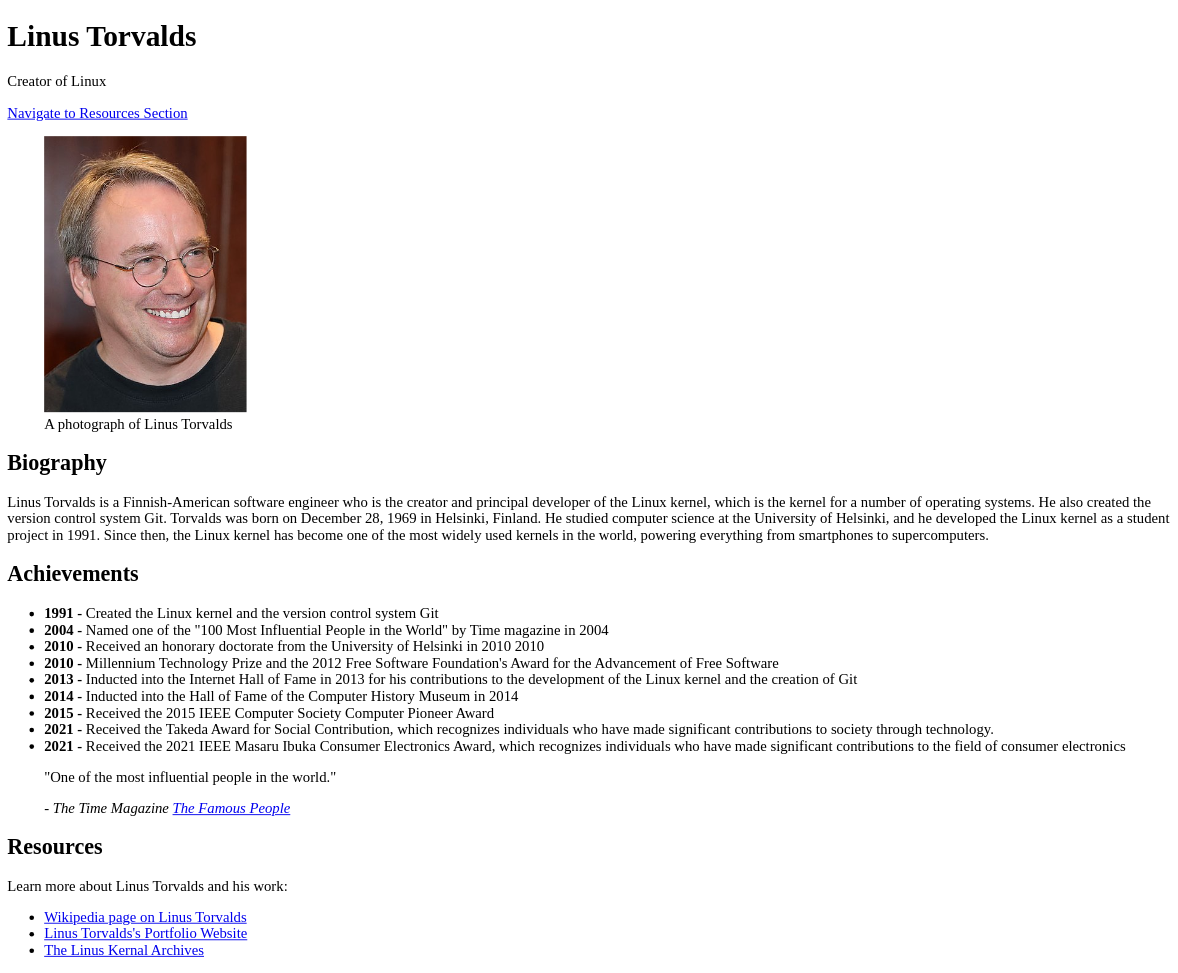
Repository: shoaib-1729/Web-Dev-Course_Dot-Batch_Love-Babbar
Page: 02_HTML Session Basics-to-Pro Level/03_HTML-Basics-Session-III/03_Code-Practice-Session-3/02_linusTorvaldsPortfolio.html
An editor plug-in stored every save of this project. The page is shown before and after the next save, followed by the edit.
The browser window is 1280 px wide. The pictures show the whole page, at 92% of full size.

Above is the page before, as saved 2023-07-30 14:24:31.

### 02_HTML Session Basics-to-Pro Level/03_HTML-Basics-Session-III/03_Code-Practice-Session-3/02_linusTorvaldsPortfolio.html
<!DOCTYPE html>
<html lang="en">

<head>
    <meta charset="UTF-8">
    <meta name="viewport" content="width=device-width, initial-scale=1.0">
    <title>Favicon - Linus Torvalds Portfolio Page</title>

    <!-- Adding Favicon  -->
    <link rel="icon" href="./images/Linus-Torvalds.jpeg">
</head>

<style>
    html {
        scroll-behavior: smooth;
    }
</style>

<body>
    <!-- Intro Image Section -->
    <h1>Linus Torvalds</h1>
    <p>Creator of Linux</p>
    <a href="#resources-section">Navigate to Resources Section</a>

    <!-- Tag for providing image with Caption (refer MDN)-->
    <figure>

        <img src="images/Linus-Torvalds.jpeg" alt="Linus-Torvalds-Image" height="300px">
        <figcaption>A photograph of Linus Torvalds</figcaption>

    </figure>


    <section id="biography-section">
        <!-- Biography Section -->
        <h2>Biography</h2>
        <p>Linus Torvalds is a Finnish-American software engineer who is the creator and principal developer of the Linux kernel, which is the kernel for a number of operating systems. He also created the version control system Git. Torvalds was born on
            December 28, 1969 in Helsinki, Finland. He studied computer science at the University of Helsinki, and he developed the Linux kernel as a student project in 1991. Since then, the Linux kernel has become one of the most widely used kernels
            in the world, powering everything from smartphones to supercomputers.
        </p>
    </section>

    <section>
        <!-- Achievements Section -->
        <h2>Achievements</h2>
        <ul>
            <li>
                <b>1991 - </b>Created the Linux kernel and the version control system Git
            </li>

            <li>
                <b>2004 - </b>Named one of the "100 Most Influential People in the World" by Time magazine in 2004
            </li>

            <li>
                <b>2010 - </b>Received an honorary doctorate from the University of Helsinki in 2010 2010
            </li>

            <li>
                <b>2010 - </b>Millennium Technology Prize and the 2012 Free Software Foundation's Award for the Advancement of Free Software
            </li>

            <li>
                <b>2013 - </b>Inducted into the Internet Hall of Fame in 2013 for his contributions to the development of the Linux kernel and the creation of Git
            </li>

            <li>
                <b>2014 - </b>Inducted into the Hall of Fame of the Computer History Museum in 2014
            </li>

            <li>
                <b>2015 - </b>Received the 2015 IEEE Computer Society Computer Pioneer Award
            </li>

            <li>
                <b>2021 - </b>Received the Takeda Award for Social Contribution, which recognizes individuals who have made significant contributions to society through technology.

            </li>

            <li>
                <b>2021 - </b>Received the 2021 IEEE Masaru Ibuka Consumer Electronics Award, which recognizes individuals who have made significant contributions to the field of consumer electronics
            </li>
        </ul>
    </section>

    <!-- blockquote & cite tags are used for quoting quotations said by individuals (refer MDN) -->
    <blockquote cite="https://www.thecodehelp.in">

        <p>"One of the most influential people in the world."</p>
        <cite>
            - The Time Magazine <a href="https://content.time.com/time/specials/packages/article/0,28804,1970858_1970909_1971691,00.html" target="_blank">The Famous People</a>
       </cite>

    </blockquote>


    <section id="resources-section">
        <h2>Resources</h2>
        <p>Learn more about Linus Torvalds and his work:</p>
        <ul>
            <li>
                <a href="https://en.wikipedia.org/wiki/Linus_Torvalds" target="_blank">Wikipedia page on Linus Torvalds</a>
            </li>

            <li>
                <a href="https://github.com/torvalds" target="_blank">Linus Torvalds's Portfolio Website</a>
            </li>



            <li>
                <a href="https://www.kernel.org/" target="_blank">The Linus Kernal Archives</a>
            </li>
        </ul>

    </section>
</body>

</html>

After the next save:
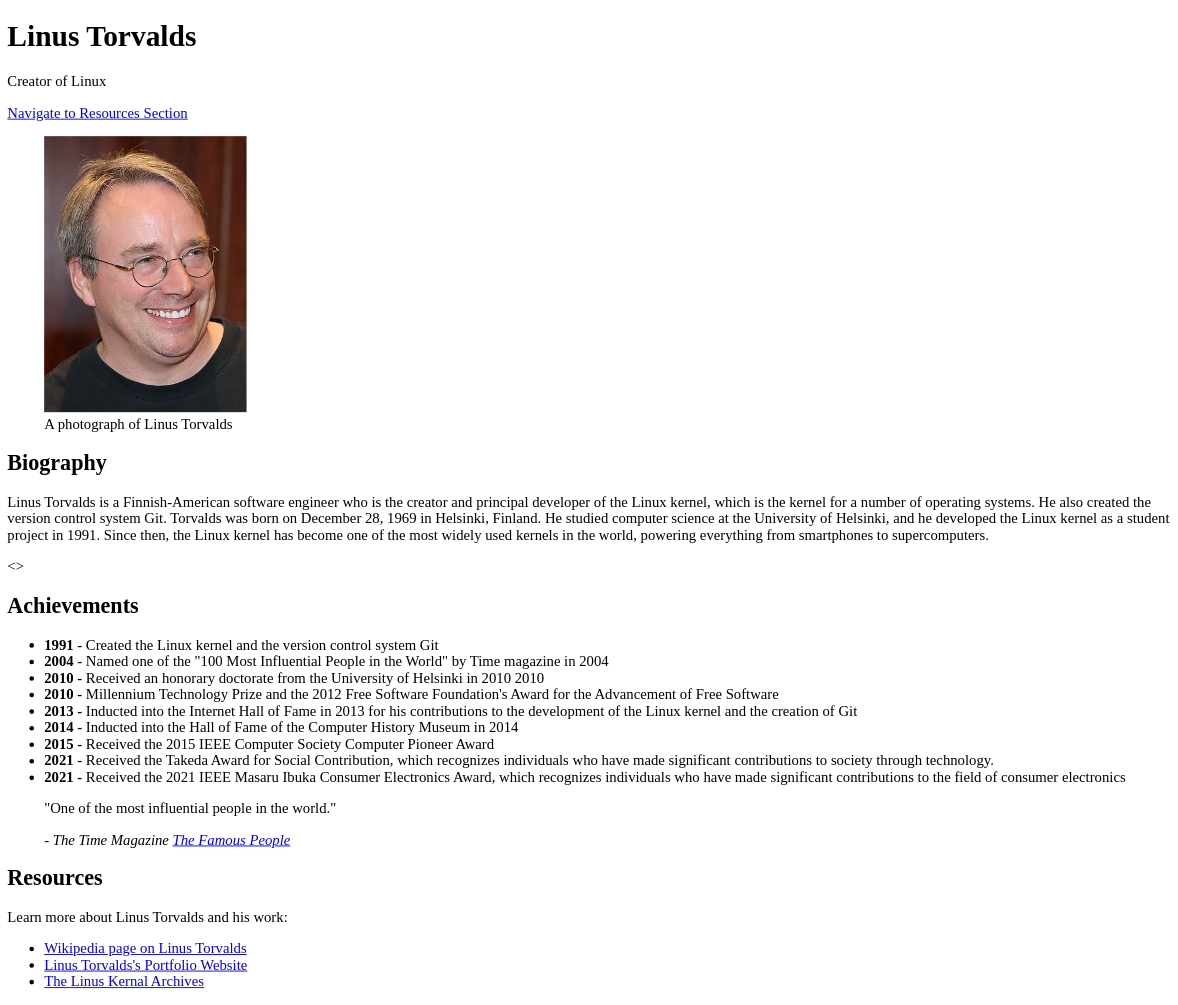
Saved 15 s later.
--- a/02_HTML Session Basics-to-Pro Level/03_HTML-Basics-Session-III/03_Code-Practice-Session-3/02_linusTorvaldsPortfolio.html
+++ b/02_HTML Session Basics-to-Pro Level/03_HTML-Basics-Session-III/03_Code-Practice-Session-3/02_linusTorvaldsPortfolio.html
@@ -40,7 +40,7 @@
         </p>
     </section>
 
-    <section>
+    <>
         <!-- Achievements Section -->
         <h2>Achievements</h2>
         <ul>
@@ -81,39 +81,38 @@
                 <b>2021 - </b>Received the 2021 IEEE Masaru Ibuka Consumer Electronics Award, which recognizes individuals who have made significant contributions to the field of consumer electronics
             </li>
         </ul>
-    </section>
 
-    <!-- blockquote & cite tags are used for quoting quotations said by individuals (refer MDN) -->
-    <blockquote cite="https://www.thecodehelp.in">
+        <!-- blockquote & cite tags are used for quoting quotations said by individuals (refer MDN) -->
+        <blockquote cite="https://www.thecodehelp.in">
 
-        <p>"One of the most influential people in the world."</p>
-        <cite>
+            <p>"One of the most influential people in the world."</p>
+            <cite>
             - The Time Magazine <a href="https://content.time.com/time/specials/packages/article/0,28804,1970858_1970909_1971691,00.html" target="_blank">The Famous People</a>
        </cite>
 
-    </blockquote>
+        </blockquote>
+        </section>
 
+        <section id="resources-section">
+            <h2>Resources</h2>
+            <p>Learn more about Linus Torvalds and his work:</p>
+            <ul>
+                <li>
+                    <a href="https://en.wikipedia.org/wiki/Linus_Torvalds" target="_blank">Wikipedia page on Linus Torvalds</a>
+                </li>
 
-    <section id="resources-section">
-        <h2>Resources</h2>
-        <p>Learn more about Linus Torvalds and his work:</p>
-        <ul>
-            <li>
-                <a href="https://en.wikipedia.org/wiki/Linus_Torvalds" target="_blank">Wikipedia page on Linus Torvalds</a>
-            </li>
-
-            <li>
-                <a href="https://github.com/torvalds" target="_blank">Linus Torvalds's Portfolio Website</a>
-            </li>
+                <li>
+                    <a href="https://github.com/torvalds" target="_blank">Linus Torvalds's Portfolio Website</a>
+                </li>
 
 
 
-            <li>
-                <a href="https://www.kernel.org/" target="_blank">The Linus Kernal Archives</a>
-            </li>
-        </ul>
+                <li>
+                    <a href="https://www.kernel.org/" target="_blank">The Linus Kernal Archives</a>
+                </li>
+            </ul>
 
-    </section>
+        </section>
 </body>
 
 </html>

After the save that followed:
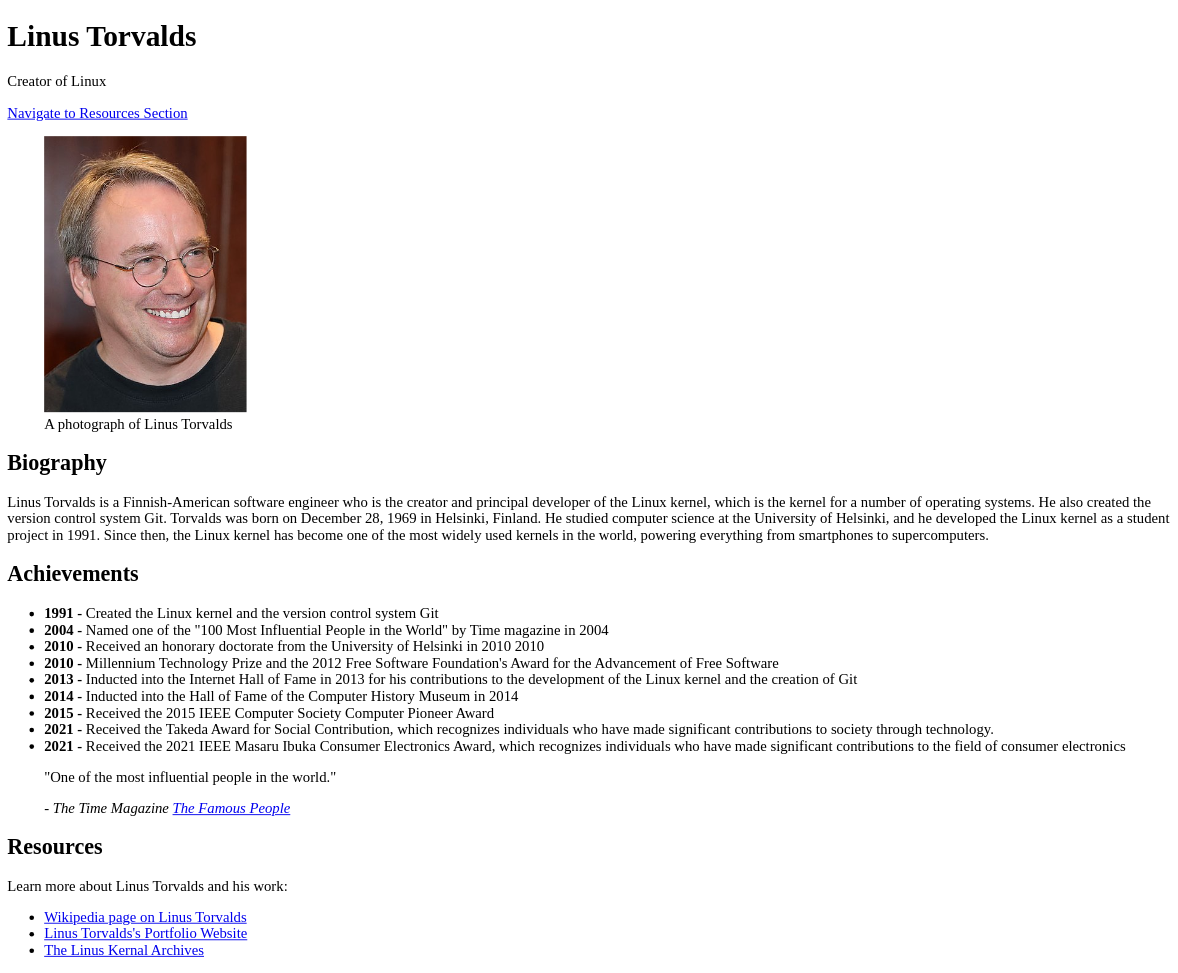
Saved 23 s later.
--- a/02_HTML Session Basics-to-Pro Level/03_HTML-Basics-Session-III/03_Code-Practice-Session-3/02_linusTorvaldsPortfolio.html
+++ b/02_HTML Session Basics-to-Pro Level/03_HTML-Basics-Session-III/03_Code-Practice-Session-3/02_linusTorvaldsPortfolio.html
@@ -40,7 +40,7 @@
         </p>
     </section>
 
-    <>
+    <section>
         <!-- Achievements Section -->
         <h2>Achievements</h2>
         <ul>
@@ -91,28 +91,28 @@
        </cite>
 
         </blockquote>
-        </section>
+    </section>
 
-        <section id="resources-section">
-            <h2>Resources</h2>
-            <p>Learn more about Linus Torvalds and his work:</p>
-            <ul>
-                <li>
-                    <a href="https://en.wikipedia.org/wiki/Linus_Torvalds" target="_blank">Wikipedia page on Linus Torvalds</a>
-                </li>
+    <section id="resources-section">
+        <h2>Resources</h2>
+        <p>Learn more about Linus Torvalds and his work:</p>
+        <ul>
+            <li>
+                <a href="https://en.wikipedia.org/wiki/Linus_Torvalds" target="_blank">Wikipedia page on Linus Torvalds</a>
+            </li>
 
-                <li>
-                    <a href="https://github.com/torvalds" target="_blank">Linus Torvalds's Portfolio Website</a>
-                </li>
+            <li>
+                <a href="https://github.com/torvalds" target="_blank">Linus Torvalds's Portfolio Website</a>
+            </li>
 
 
 
-                <li>
-                    <a href="https://www.kernel.org/" target="_blank">The Linus Kernal Archives</a>
-                </li>
-            </ul>
+            <li>
+                <a href="https://www.kernel.org/" target="_blank">The Linus Kernal Archives</a>
+            </li>
+        </ul>
 
-        </section>
+    </section>
 </body>
 
 </html>
